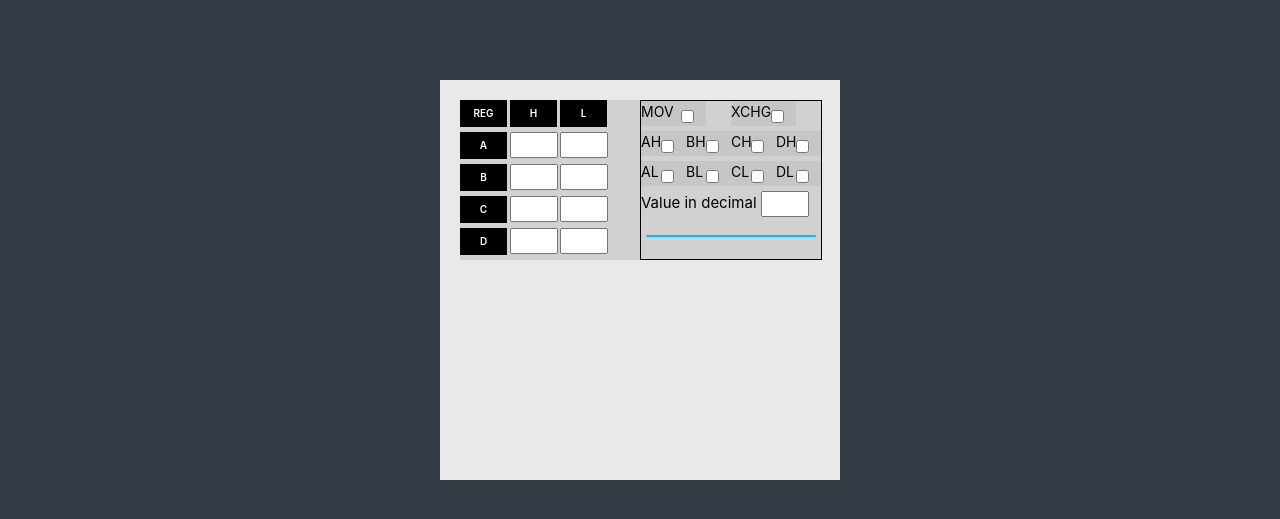
Repository: piookr-wsei/8086
Page: /
The author's editor kept a copy of each file at every save. The page is drawn from the files as they stood at one save, then again after the next save.
The browser window is 1280 px wide. The pictures show the whole page.
The project was rebuilt for these pictures with package versions that can differ from the ones it lists, and the page was loaded fresh each time.

Above is the page before, as saved 2022-06-18 21:49:19.

After the next save:
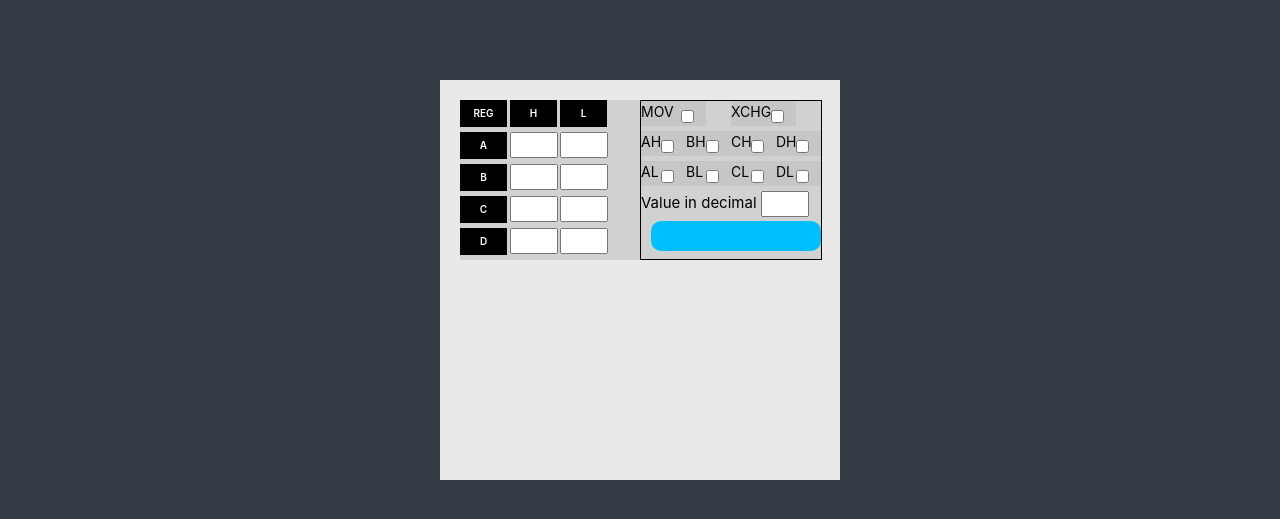
Saved 6 s later.
--- a/src/Components/Components.elements.js
+++ b/src/Components/Components.elements.js
@@ -120,5 +120,5 @@ width: 170px;
 border-radius: 10px;
 border:transparent 4px;
 background-color: #00bfff;
-margin: auto;
+margin-left: auto;
 `

After the save that followed:
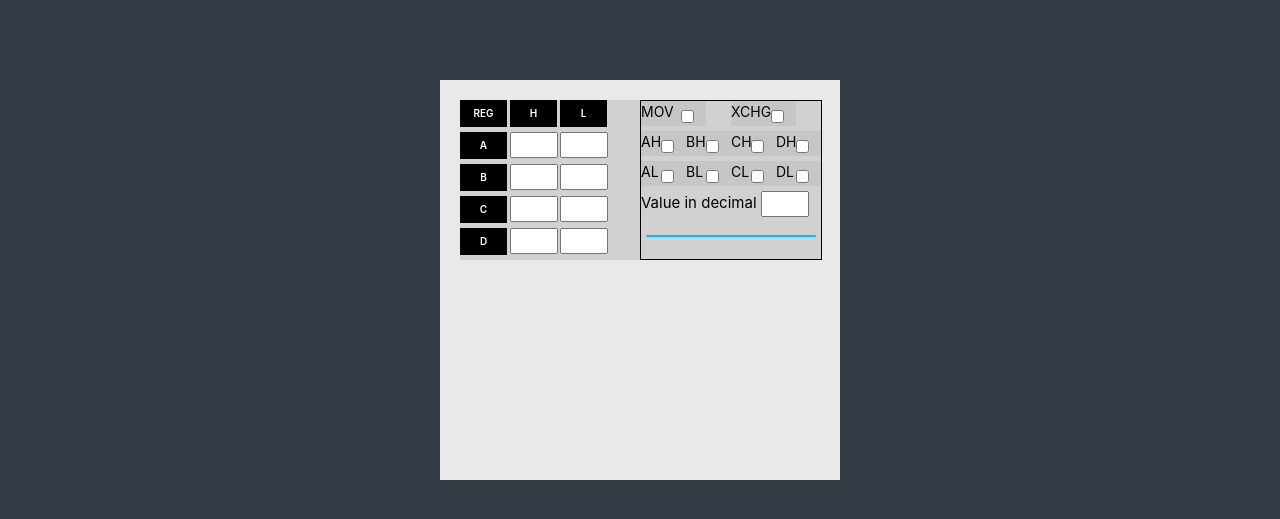
Saved 11 s later.
--- a/src/Components/Components.elements.js
+++ b/src/Components/Components.elements.js
@@ -120,5 +120,5 @@ width: 170px;
 border-radius: 10px;
 border:transparent 4px;
 background-color: #00bfff;
-margin-left: auto;
+margin: auto auto;
 `
